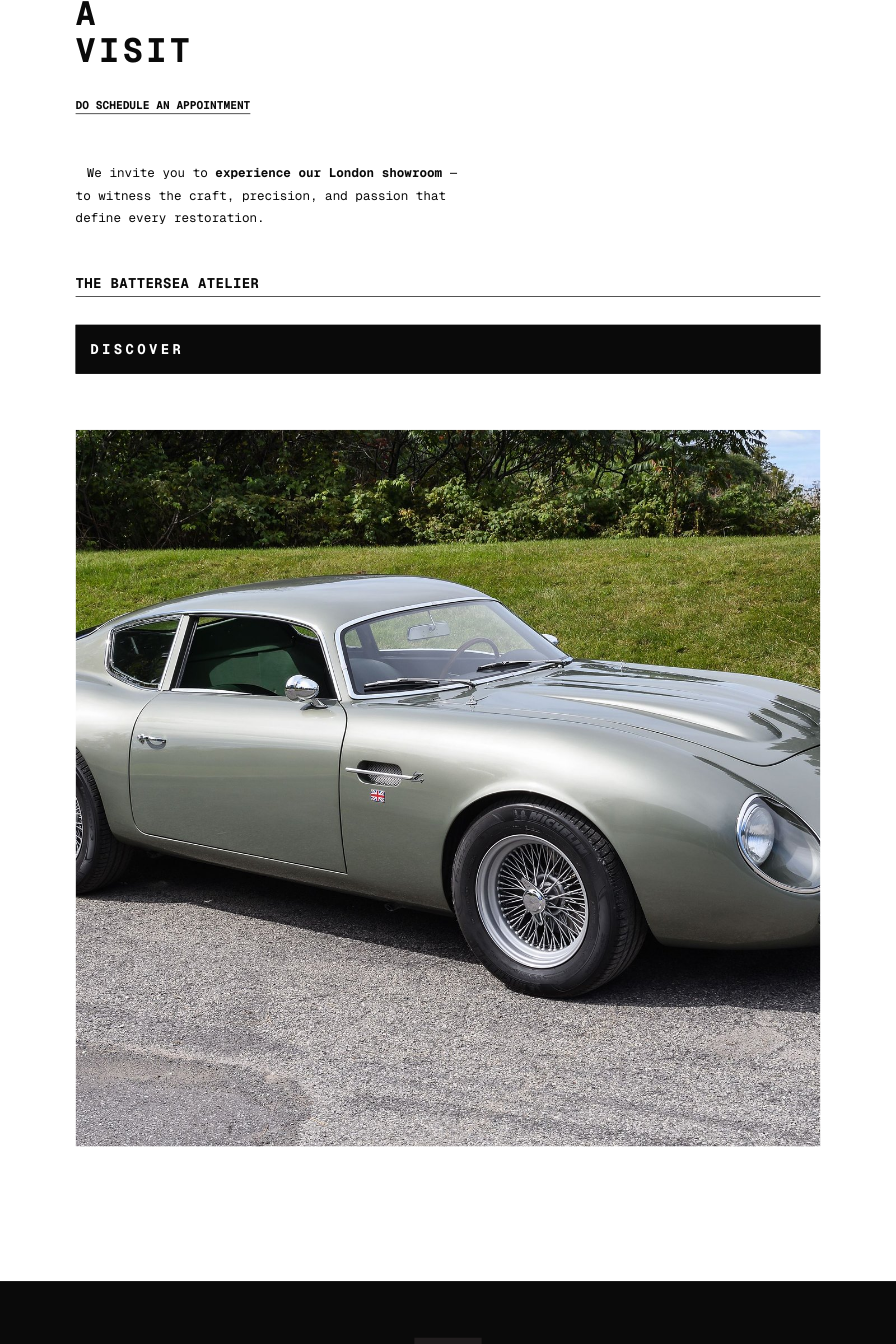
Repository: Richartistique-LeBrassus/Atelier-de-Voitures-Classiques
Page: /
The author's editor kept a copy of each file at every save. The page is drawn from the files as they stood at one save, then again after the next save.
The browser window is 1280 px wide. The pictures show the part of the page from y = 4580 to 6500 px (the page is 6831 px tall), at 70% of full size.
The project was rebuilt for these pictures with package versions that can differ from the ones it lists, and the page was loaded fresh each time. The framework's server and built-in components were replaced by stand-ins that run in the browser. Also part of the build but not shown: next.config.ts.

Above is the page before, as saved 2025-11-24 19:40:51.

After the next save:
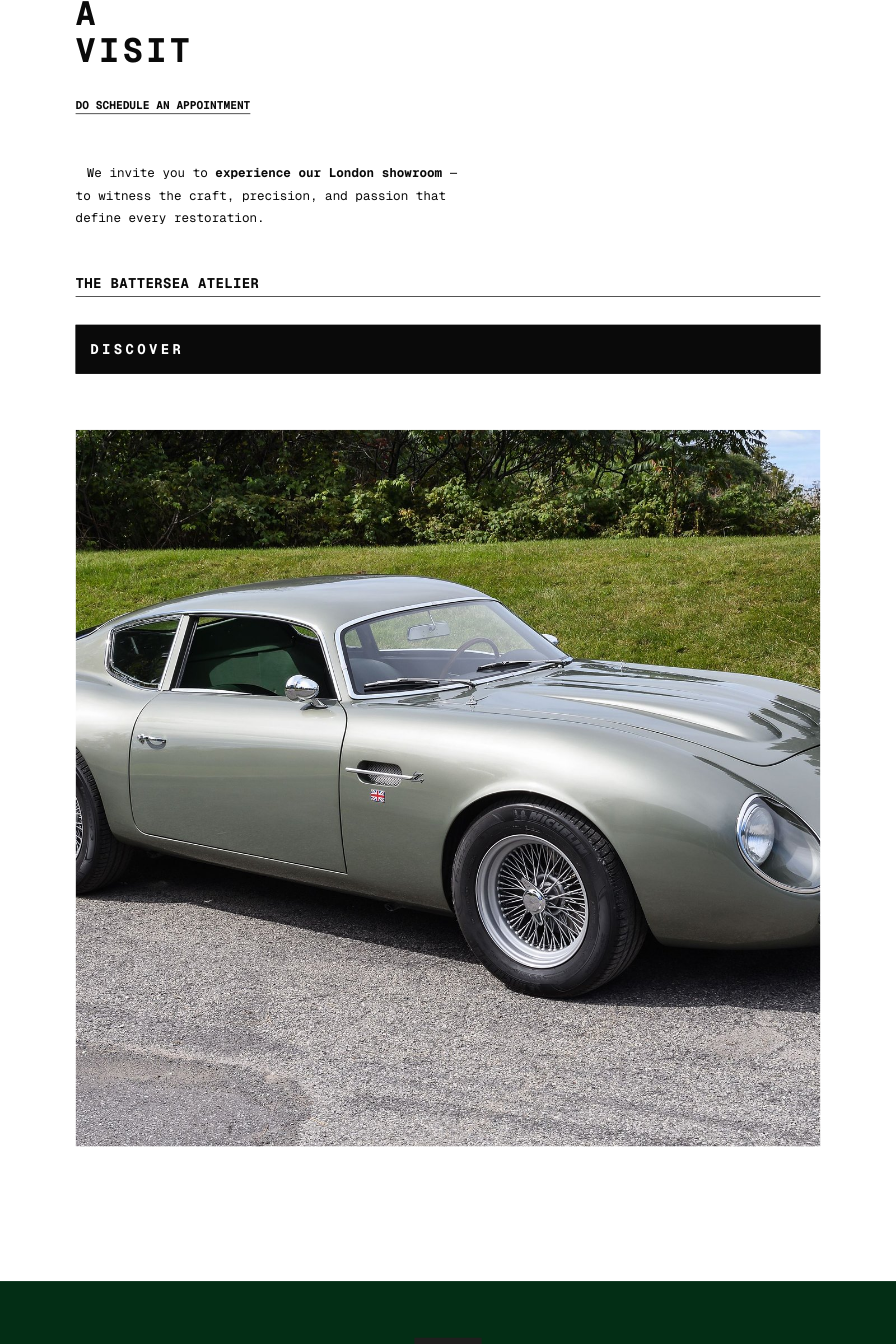
Saved 20 s later.
--- a/components/Footer.tsx
+++ b/components/Footer.tsx
@@ -3,7 +3,7 @@
 
 export default function Footer() {
   return (
-    <footer className="z-10 relative w-full bg-neutral-950 text-white py-20
+    <footer className="z-10 relative w-full bg-green-950 text-white py-20
     px-8 flex flex-col items-center justify-center space-y-5
     text-center border-t border-white/10">
       {/* Logo */}
